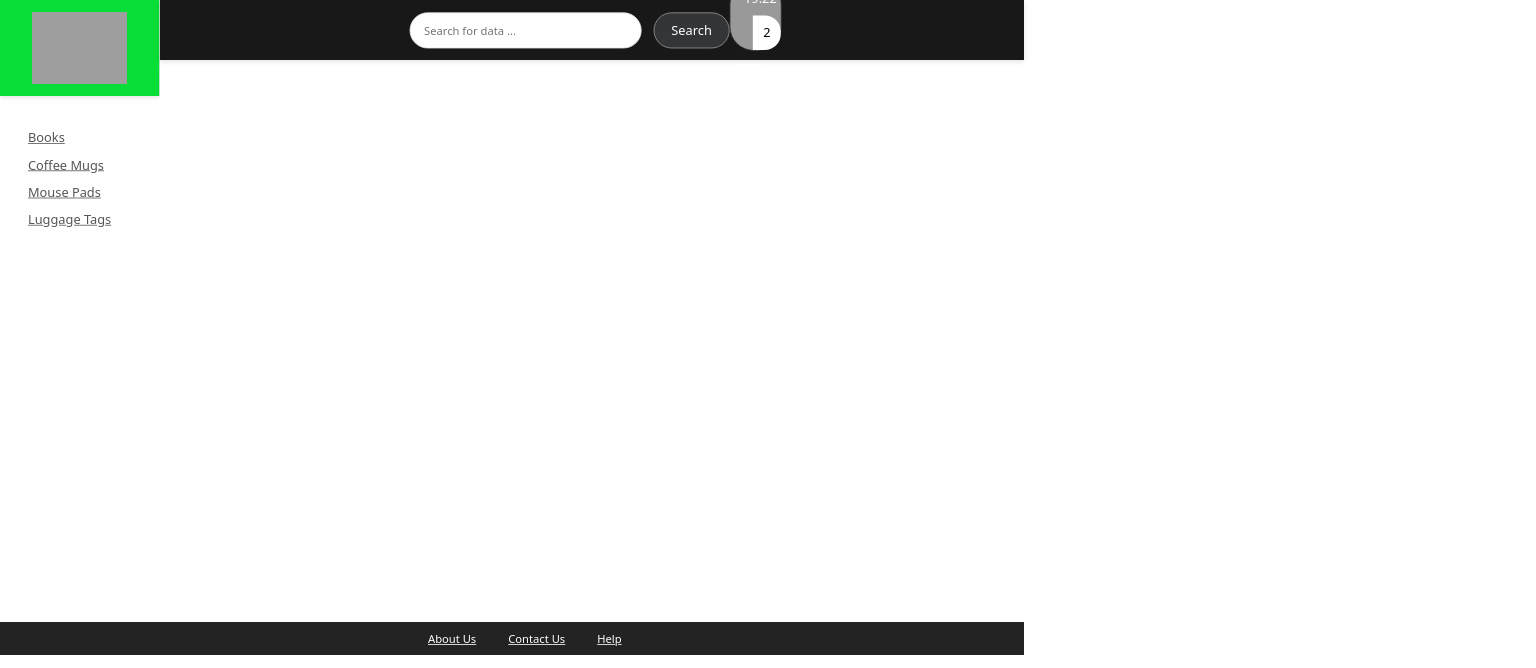
Repository: mustafa-alperen-yilmaz/e-commerce-app
Page: / (app in ecommerceangular/)
The author's editor kept a copy of each file at every save. The page is drawn from the files as they stood at one save, then again after the next save.
The browser window is 1280 px wide. The page is 1280 px wide, then 3300 px, then 1280 px, so the pictures cover 1920 px, including what lies to the right of the window. The pictures show the whole page, at 80% of full size.
Pictures or frames that could not be fetched are drawn as grey boxes. The page's requests for data from a server got no answer. The project was rebuilt for these pictures with package versions that can differ from the ones it lists, and the page was loaded fresh each time. No one was signed in, and anything a server would have sent is missing. Also part of the build but not shown: ecommerceangular/angular.json.

Above is the page before, as saved 2023-03-08 02:50:08.

### ecommerceangular/src/index.html
<!doctype html>
<html lang="en">
<head>
  <meta charset="utf-8">
  <meta name="viewport" content="width=device-width, initial-scale=1 , shrink-to-fit=no">
  <title>Ecommerce App</title>
  <base href="/">
  <link rel="icon" type="image/x-icon" href="favicon.ico">
</head>
<body>
  <app-root></app-root>
</body>
</html>

### ecommerceangular/src/styles.css
*{
  margin:0;
  padding:0;
  -webkit-box-sizing:border-box;
  -moz-box-sizing:border-box;
  box-sizing:border-box
}

body{
  font-family:Poppins,sans-serif;
  font-weight:400;
  font-size:16px;
  line-height:1.625;
  color:#666;
  -webkit-font-smoothing:antialiased;
  -moz-osx-font-smoothing:grayscale
}

ul{
  margin:0
}

button,input[type=button]{
  cursor:pointer
}

button:focus,input:focus{
  outline:0
}

input{
  border:none
}

button{
  border:none;
  background:0 0
}

img{
  max-width:100%;
  height:auto
}

p{
  margin:0
}

h1,h2,h3,h4,h5,h6{
  color:#333;
  font-weight:700;
  margin:0;
  line-height:1.2
}

h1{
  font-size:36px
}

h2{
  font-size:30px
}

h3{
  font-size:24px
}

h4{
  font-size:18px
}

h5{
  font-size:15px
}

h6{
  font-size:13px
}

a{
  display:inline-block
}

a:active,a:focus,a:hover{
  text-decoration:none;
  outline:0
}

a,a:hover{
  -webkit-transition:all .3s ease;
  -o-transition:all .3s ease;
  -moz-transition:all .3s ease;
  transition:all .3s ease
}

/*Layout Css*/
.section-content-p35{
  padding:0 35px
}

.page-wrapper{
  overflow:hidden;
  background:#e5e5e5;
  padding-bottom:8vh
}

.page-container{
  background:#f5f5f5;
  padding-left:200px
}

.main-content{
  padding-top:116px;
  min-height:100vh
}

aside.menu-sidebar.d-none.d-lg-block.clr{
  background:0 0;
  z-index:99999999;
  height:75px;
  box-shadow:-2px 0 4px #0000003b
}

/*
* ----------------------------
* Header Desktop Section
* ----------------------------
*/

.header-desktop{
  background:#181818;
  -webkit-box-shadow:0 2px 5px 0 rgba(0,0,0,.1);
  -moz-box-shadow:0 2px 5px 0 rgba(0,0,0,.1);
  box-shadow:0 2px 5px 0 rgba(0,0,0,.1);
  position:fixed;
  top:0;
  right:0;
  left:200px;
  height:75px;
  z-index:3
}

.header-desktop .section-content{
  overflow:visible;
  position:absolute;
  top:50%;
  left:0;
  right:0;
  -webkit-transform:translateY(-50%);
  -moz-transform:translateY(-50%);
  -ms-transform:translateY(-50%);
  -o-transform:translateY(-50%);
  transform:translateY(-50%)
}

.header-wrap{
  display:-webkit-box;
  display:-webkit-flex;
  display:-moz-box;
  display:-ms-flexbox;
  display:flex;
  -webkit-box-align:center;
  -webkit-align-items:center;
  -moz-box-align:center;
  -ms-flex-align:center;
  align-items:center;
  -webkit-box-pack:justify;
  -webkit-justify-content:space-between;
  -moz-box-pack:justify;
  -ms-flex-pack:justify;
  justify-content:space-between
}

.header-button{
  display:-webkit-box;
  display:-webkit-flex;
  display:-moz-box;
  display:-ms-flexbox;
  display:flex;
  -webkit-box-align:center;
  -webkit-align-items:center;
  -moz-box-align:center;
  -ms-flex-align:center;
  align-items:center
}

.number{
  padding:6px 0
}

.arrows i{
  font-size:30px;
  padding:4px 4px
}

section{
  position:relative
}

.section-content{
  position:relative;
  margin:0 auto;
  z-index:1
}

.section-content-p30{
  padding:0 300px
}

.au-input-xl{
  min-width:935px
}

input.au-input.au-input-xl{
  border-radius:40px!important;
  margin-right:15px
}

.au-input{
  line-height:43px;
  border:1px solid #e5e5e5;
  font-size:14px;
  color:#666;
  padding:0 17px;
  -webkit-border-radius:3px;
  -moz-border-radius:3px;
  border-radius:3px;
  -webkit-transition:all .5s ease;
  -o-transition:all .5s ease;
  -moz-transition:all .5s ease;
  transition:all .5s ease
}

.cart-area.d-n{
  display:block
}

.cart-area i{
  font-size:22px;
  float:left;
  margin-top:16px;
  color:#fff;
  margin-left:15px
}

.total{
  background:#999999;
  line-height:43px;
  color:#fff;
  border-radius:30px;
  border:1px solid #343536;
  float:left;
  margin-top:7px;
  padding-left:17px
}

.total span{
  display:inline-block;
  background:#fff;
  padding:0 13px;
  color:#000;
  border-top-right-radius:20px;
  border-bottom-right-radius:20px;
  margin-left:11px
}

.form-header{
  display:-webkit-box;
  display:-webkit-flex;
  display:-moz-box;
  display:-ms-flexbox;
  display:flex
}

.au-btn-submit{
  position:relative;
  right:0;
  min-width:95px;
  color:#fff;
  border:1px solid #999999;
  -webkit-border-radius:3px;
  -moz-border-radius:3px;
  border-radius:43px;
  background:#343536
}

.au-btn-submit:hover{
  background:#4a4d55
}

.au-btn-submit>i{
  font-size:20px;
  color:#fff;
  position:absolute;
  top:50%;
  left:50%;
  -webkit-transform:translate(-50%,-50%);
  -moz-transform:translate(-50%,-50%);
  -ms-transform:translate(-50%,-50%);
  -o-transform:translate(-50%,-50%);
  transform:translate(-50%,-50%)
}

/*
* ----------------------------
* Left Menu Bar
* ----------------------------
*/

.menu-sidebar{
  width:200px;
  position:fixed;
  left:0;
  top:0;
  bottom:0;
  background:#fff;
  overflow-y:auto
}

.menu-sidebar .logo{
  background:#09dd37;
  height:120px;
  padding:0 40px;
  display:-webkit-box;
  display:-webkit-flex;
  display:-moz-box;
  display:-ms-flexbox;
  display:flex;
  -webkit-box-align:center;
  -webkit-align-items:center;
  -moz-box-align:center;
  -ms-flex-align:center;
  align-items:center;
  -webkit-box-shadow:0 2px 5px 0 rgba(0,0,0,.1);
  -moz-box-shadow:0 2px 5px 0 rgba(0,0,0,.1);
  box-shadow:0 2px 5px 0 rgba(0,0,0,.1);
  border-right:1px solid #e5e5e5;
  position:relative;
  z-index:3
}

.menu-sidebar .navbar-list .navbar-sub-list{
  display:none;
  padding-left:34px
}

.menu-sidebar .navbar-list .navbar-sub-list li a{
  padding:11.5px 0
}

.menu-sidebar-content{
  position:relative;
  height:-webkit-calc(100vh - 75px);
  height:-moz-calc(100vh - 75px);
  height:calc(100vh - 75px)
}

.navbar-sidebar{
  padding:35px;
  padding-bottom:0
}

.navbar-sidebar .navbar-list li a{
  display:block;
  color:#555;
  font-size:16px;
  padding:5px 0
}

.navbar-sidebar .navbar-list li a i{
  margin-right:19px
}

.navbar-sidebar .navbar-list li a:hover{
  color:#0da8e4
}

/*
* ----------------------------
* Header Mobile Section
* ----------------------------
*/

.header-mobile{
  position:absolute;
  top:0;
  left:0;
  right:0
}
.header-mobile .header-mobile-bar{
  padding:15px 0;    background: #fff;
}
.header-mobile .header-mobile-inner{
  display:-webkit-box;
  display:-webkit-flex;
  display:-moz-box;
  display:-ms-flexbox;
  display:flex;
  -webkit-box-align:center;
  -webkit-align-items:center;
  -moz-box-align:center;
  -ms-flex-align:center;
  align-items:center;
  -webkit-box-pack:justify;
  -webkit-justify-content:space-between;
  -moz-box-pack:justify;
  -ms-flex-pack:justify;
  justify-content:space-between
}
.header-mobile .hamburger{
  width:36px;
  height:36px;
  padding:0;
  line-height:1;
  vertical-align:top;
  background:#fff;
  display:-webkit-box;
  display:-webkit-flex;
  display:-moz-box;
  display:-ms-flexbox;
  display:flex;
  -webkit-box-pack:center;
  -webkit-justify-content:center;
  -moz-box-pack:center;
  -ms-flex-pack:center;
  justify-content:center;
  -webkit-box-align:center;
  -webkit-align-items:center;
  -moz-box-align:center;
  -ms-flex-align:center;
  align-items:center
}
.header-mobile .hamburger .hamburger-box{
  width:20px;
  height:15px
}
.header-mobile .hamburger .hamburger-box .hamburger-inner{
  width:20px;
  height:2px;
  -webkit-border-radius:0;
  -moz-border-radius:0;
  border-radius:0
}
.header-mobile .hamburger .hamburger-box .hamburger-inner:before{
  width:20px;
  height:2px;
  top:6px
}
.header-mobile .hamburger .hamburger-box .hamburger-inner:after{
  top:12px;
  width:20px;
  height:2px
}
.header-mobile .navbar-mobile{
  display:none;
  position:absolute;
  width:100%;
  top:88px;
  z-index:20
}
.header-mobile .navbar-mobile .navbar-mobile-list{
  background:#f8f8f8
}
.header-mobile .navbar-mobile .navbar-mobile-list>li>a{
  padding-left:15px!important
}
.header-mobile .navbar-mobile .navbar-mobile-list li a{
  color:#555;
  display:block;
  padding:10px 15px;
  padding-right:25px;
  padding-left:0;
  border-bottom:1px solid #e6e6e6;
  text-transform:capitalize;
  line-height:inherit
}
.header-mobile .navbar-mobile .navbar-mobile-list li a:hover{
  color:#0da8e4
}
.header-mobile .navbar-mobile .navbar-mobile-list li a>i{
  margin-right:19px
}
.navbar-mobile-sub-list{
  display:none;
  padding-left:30px;
  background:#fff
}
.header-mobile .navbar-mobile .navbar-mobile-sub-list li a{
  padding-left:15px
}
.header-mobile-2{
  background:#393939;
  position:static
}
.header-mobile-2.header-mobile .navbar-mobile{
  top:82px
}
.header-mobile-2.header-mobile .hamburger{
  background:0 0
}
.header-mobile-2.header-mobile .hamburger .hamburger-box .hamburger-inner{
  background:#fff
}
.header-mobile-2.header-mobile .hamburger .hamburger-box .hamburger-inner::before{
  background:#fff
}
.header-mobile-2.header-mobile .hamburger .hamburger-box .hamburger-inner::after{
  background:#fff
}
.main-content.page-m{
  padding:10% 15%!important
}

/*
* ----------------------------
* Products List
* ----------------------------
*/

.product-box img {
  width: 150px;
}

.items select {
  width: 100px;
  height: 40px;
  border-radius: 40px;
  padding-left: 15px;
  margin-bottom: 10px;
  outline: 0;
  margin-left: 5px;
}
.product-box{
  margin-bottom:60px
}
.price{
  margin:15px 0 0;
  font-weight:800;
  color:#0da8e4;
}
.product-box h1{
  font-size:18px;
  border-bottom:1px solid #ccc;
  padding-bottom:5px;
  font-weight:600;
  padding-top:12px;
  margin-bottom:7px
}
.product-box h2{
  font-size:15px;
  padding-bottom:0;
  font-weight:500;
  color:#585858
}

/*
* ----------------------------
* Shopping Cart Checkout
* ----------------------------
*/

.form-area{
  background:#e5e5e5;
  position:relative;
  margin-bottom:45px;
  padding:50px 20px;
  border:3px solid #ccc
}
.form-area h3{
  position:absolute;
  top:-26px;
  left:13px;
  background:#e5e5e5;
  padding:10px 20px;
  font-weight:500;
  z-index:23;
  display:inline-block
}
.input-space{
  margin-bottom:20px
}
.input-space label{
  padding-left:31px;
  font-size:14px;
  margin-bottom:50px
}
.input-space input[type=text]{
  width:100%;
  height:40px;
  border-radius:30px;
  outline:0;
  padding:10px;
  border:1px solid #ccc
}
.input-space select{
  width:100%;
  height:40px;
  border-radius:30px;
  outline:0;
  padding:0 10px;
  border:1px solid #ccc
}
.au-checkbox{
  display:block;
  position:relative;
  cursor:pointer;
  font-size:22px;
  -webkit-user-select:none;
  -moz-user-select:none;
  -ms-user-select:none;
  user-select:none
}
.au-checkbox input{
  position:absolute;
  opacity:0;
  cursor:pointer
}
.au-checkmark{
  position:absolute;
  top:0;
  left:0;
  height:22px;
  width:22px;
  background-color:#fff!important;
  border:2px solid #e5e5e5;
  -webkit-border-radius:2px;
  -moz-border-radius:2px;
  border-radius:2px
}
.au-checkbox:hover input~.au-checkmark{
  background-color:transparent
}
.au-checkbox input:checked~.au-checkmark{
  background-color:#fff
}
.au-checkmark:after{
  content:"";
  position:absolute;
  display:none
}
.au-checkbox input:checked~.au-checkmark:after{
  display:block
}
label.date{
  padding-top:8px
}
.au-checkbox .au-checkmark:after{
  left:5px;
  top:-1px;
  width:9px;
  height:15px;
  border:solid #0da8e4;
  border-width:0 4px 4px 0;
  -webkit-border-radius:2px;
  -moz-border-radius:2px;
  border-radius:2px;
  -webkit-transform:rotate(45deg);
  -moz-transform:rotate(45deg);
  -ms-transform:rotate(45deg);
  -o-transform:rotate(45deg);
  transform:rotate(45deg)
}
option:first{
  color:#ccc
}
select{
  color:#828482
}

/*
* ----------------------------
* Shopping Cart Details
* ----------------------------
*/

.table{
  margin:0
}
table.table.table-bordered{
  border:1px solid #ccc;
  background:#fff
}
.table-bordered td,.table-bordered th{
  border:1px solid #dee2e6
}
table.table.table-bordered th{
  BACKGROUND:#0da8e4;
  color:#fff;
  font-size:14px;
  padding:7px
}
.table-responsive{
  padding-right:1px
}
.items select{
  width:100px;
  height:40px;
  border-radius:40px;
  padding-left:15px;
  margin-bottom:10px;
  outline:0;
  margin-left:5px
}

/*
* ----------------------------
* Product Details
* ----------------------------
*/

.price{
  margin:15px 0 0;
  font-weight:800;
  color:#000000
}
.detail-section{
  margin-top:60px
}
/**/

/*
* ----------------------------
* Buttons
* ----------------------------
*/

.btn-info{
  color:#fff;
  background-color:#0da8e4!important;
  border-color:#0da8e4!important
}
a.primary-btn{
  background:#100029;
  padding:7px 20px;
  text-align:center;
  display:inline-block;
  color:#fff;
  border-radius:2px;
  font-size:14px;
  margin-top:5px
}
a.primary-btn:hover{
  background:#999999;
  color:#fff
}

.active-link {
font-weight: bold;
}

/*
* ----------------------------
* Footer section
* ----------------------------
*/

footer ul li a{
  color:#fff
}
footer{
  background:#232324;
  z-index:1;
  position:relative;
  text-align:center;
  padding:0px 300px 0px 300px;
}
footer li a{
  color:#313131;
  font-weight:500
}
footer ul li{
  display:inline-block;
  font-size:14px;
  padding:10px 20px
}

/*
* ----------------------------
* Media Queries
* ----------------------------
*/

@media (max-width:1600px){
  .au-input-xl{
      min-width:290px
  }
}
@media (max-width:1315px) and (min-width:992px){
  .header-desktop3 .section-content{
      padding:0 15px
  }
}
@media (max-width:1570px) and (min-width:992px){
  .header-navbar ul li a{
      padding:25px 15px
  }
}
@media (max-width:1315px) and (min-width:992px){
  .header-navbar ul li a{
      font-size:13px;
      padding:27px 15px
  }
  .header-navbar ul li a i{
      margin-right:5px
  }
}

@media (min-width:1200px){
  .container{
      max-width:1320px
  }
}

@media (min-width:992px) and (max-width:1199px){
  .cart-area i{
      font-size:22px;
      float:left;
      margin-top:16px;
      color:#f5f5f5;
      margin-left:15px
  }
  .header-mobile .header-mobile-bar{
      padding:10px 0;
      background:#fff
  }
  .header-wrap .account-item>.content{
      display:none
  }
}


@media (max-width:991px){
   .section-content-p30{
      padding:0
  }
  .page-container{
      position:relative;
      top:88px;
      padding-left:0
  }
   .page-wrapper{
      background:#e5e5e5;
      padding-bottom:12vh
  }
   .main-content{
      padding-top:50px;
      padding-bottom:100px
  }
   .cart-area.d-n{
      display:none
  }
  .form-header{
      -webkit-box-pack:center;
      -webkit-justify-content:center;
      -moz-box-pack:center;
      -ms-flex-pack:center;
      justify-content:center
  }
   .au-input-xl{
      min-width:350px
  }
    .logo{
      text-align:center
  }
  .header-desktop{
      position:relative;
      top:0;
      left:0;
      height:80px
  }
  .header-wrap{
      -webkit-box-orient:vertical;
      -webkit-box-direction:normal;
      -webkit-flex-direction:column;
      -moz-box-orient:vertical;
      -moz-box-direction:normal;
      -ms-flex-direction:column;
      flex-direction:column
  }
  .header-button{
      margin-top:30px;
      width:100%;
      -webkit-box-pack:justify;
      -webkit-justify-content:space-between;
      -moz-box-pack:justify;
      -ms-flex-pack:justify;
      justify-content:space-between
  }
  .menu-sidebar2{
      top:0;
      right:-300px;
      left:auto;
      -webkit-box-shadow:0 5px 10px 0 rgba(0,0,0,.1);
      -moz-box-shadow:0 5px 10px 0 rgba(0,0,0,.1);
      box-shadow:0 5px 10px 0 rgba(0,0,0,.1)
  }
   .header-desktop2{
      left:0;
      position:relative
  }
   .header-desktop4{
      position:static
  }
   .section-content.section-content-p30.e-spc{
      padding-top:100px
  }
  header.header-desktop.extra{
      top:93px!important
  }
  .cart-area i{
      font-size:22px;
      float:left;
      margin-top:16px;
      color:#205b8d;
      margin-left:15px
  }
      .header-wrap2{
      -webkit-box-pack:justify;
      -webkit-justify-content:space-between;
      -moz-box-pack:justify;
      -ms-flex-pack:justify;
      justify-content:space-between
  }
}


@media (max-width:767px){
    .au-input-xl{
      min-width:150px
  }
  .header-button-item{
      font-size:22px;
      margin-right:15px
  }
      .main-content.page-m{
      padding:10% 0!important
  }
  .header-mobile .navbar-mobile{
      display:none;
      position:absolute;
      width:100%;
      top:66px;
      z-index:20
  }
  .section-content.section-content-p30.e-spc{
      padding-top:100px
  }
  header.header-desktop.extra{
      top:64px!important
  }
  .header-desktop{
      position:relative;
      top:0;
      left:0;
      height:80px
  }
  a.logo img{
      width:110px
  }

  .cart-area i{
      font-size:22px;
      float:left;
      margin-top:16px;
      color:#205b8d;
      margin-left:15px
  }
  .footer-pagination{
      text-align:center
  }
  .product-box{
      text-align:centerg
  }
  .page-container{
      position:relative;
      top:66px;
      padding-left:0
  }
  .au-btn-submit{
      position:relative;
      right:10px;
      min-width:85px;
      color:#fff;
      border:1px solid #205b8d;
      -webkit-border-radius:3px;
      -moz-border-radius:3px;
      border-radius:0;
      background:#205b8d
  }
  input.au-input.au-input-xl{
      border-radius:0!important;
      margin-right:0
  }
  .cart-area.d-b{
      display:block
  }
  .cart-area.d-n{
      display:none
  }
  .cart-area i{
      font-size:18px;
      float:left;
      margin-top:16px;
      color:#03a9f4;
      margin-left:15px
  }
  .total span{
      display:inline-block;
      background:#fff;
      padding:0 10px;
      color:#000;
      border-top-right-radius:20px;
      border-bottom-right-radius:20px;
      margin-left:6px
  }
  .total{
      background:#343536;
      line-height:30px;
      color:#fff;
      border-radius:30px;
      border:1px solid #999999;
      float:left;
      margin-top:9px;
      padding-left:12px
  }
  .header-mobile .header-mobile-bar{
      padding:6px 0;
      background:#fff;
      border:0;
      padding:8px 0
  }
}

### ecommerceangular/src/app/app.module.ts
import { NgModule } from '@angular/core';
import { BrowserModule } from '@angular/platform-browser';

import { AppComponent } from './app.component';
import { ProductListComponent } from './components/product-list/product-list.component';
import {HttpClientModule} from '@angular/common/http';
import { ProductService } from './services/product.service';

@NgModule({
  declarations: [
    AppComponent,
    ProductListComponent
  ],
  imports: [
    BrowserModule,
    HttpClientModule
  ],
  providers: [ProductService],
  bootstrap: [AppComponent]
})
export class AppModule { }

### ecommerceangular/src/app/app.component.ts
import { Component } from '@angular/core';

@Component({
  selector: 'app-root',
  templateUrl: './app.component.html',
  styleUrls: ['./app.component.css']
})
export class AppComponent {
  title = 'ecommerceangular';
}

### ecommerceangular/src/app/components/product-list/product-list.component.html
<p *ngFor="let tempProduct of products"> <!-- In Angular we use *ngFor to show our existing list in our HTML page. -->
  {{ tempProduct.name }} : {{tempProduct.unitPrice | currency : 'EUR'}}
</p>

Loaded but not shown: ecommerceangular/src/main.ts (common file); ecommerceangular/src/app/app.component.html (61 lines, source omitted); ecommerceangular/src/app/components/product-list/product-list-table.component.html (22 lines, source omitted); ecommerceangular/src/app/components/product-list/product-list.component.ts (25 lines, source omitted); ecommerceangular/src/app/services/product.service.ts (23 lines, source omitted); ecommerceangular/src/app/components/product-list/product-list-grid.component.html (18 lines, source omitted); ecommerceangular/src/app/app.component.css (no stored copy; drawn as an empty file); ecommerceangular/src/app/components/product-list/product-list.component.css (no stored copy; drawn as an empty file)

After the next save:
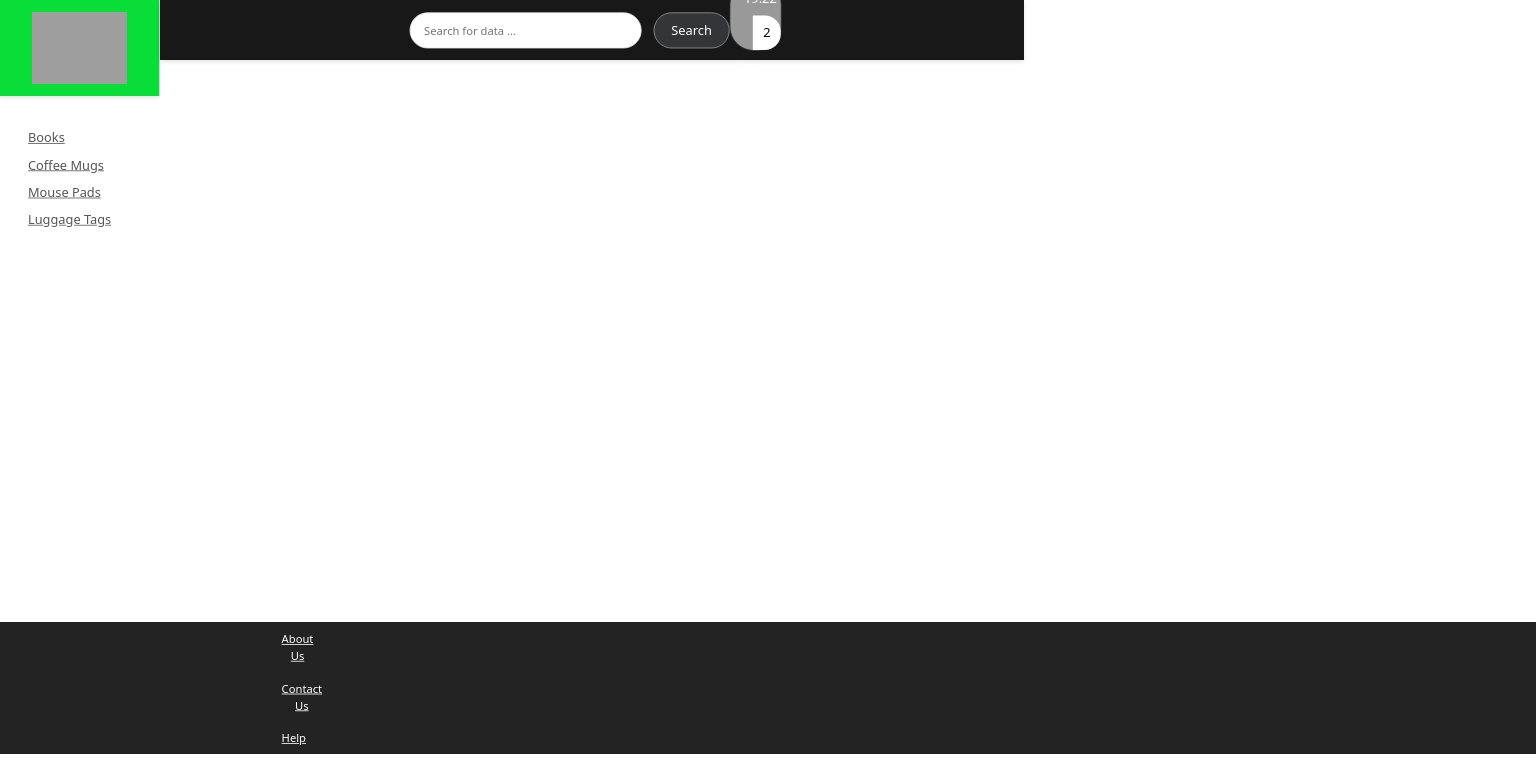
Saved 6 s later.
--- a/ecommerceangular/src/styles.css
+++ b/ecommerceangular/src/styles.css
@@ -762,7 +762,7 @@
   z-index:1;
   position:relative;
   text-align:center;
-  padding:0px 300px 0px 300px;
+  padding:0px 3000px 0px 300px;
 }
 footer li a{
   color:#313131;

After the save that followed:
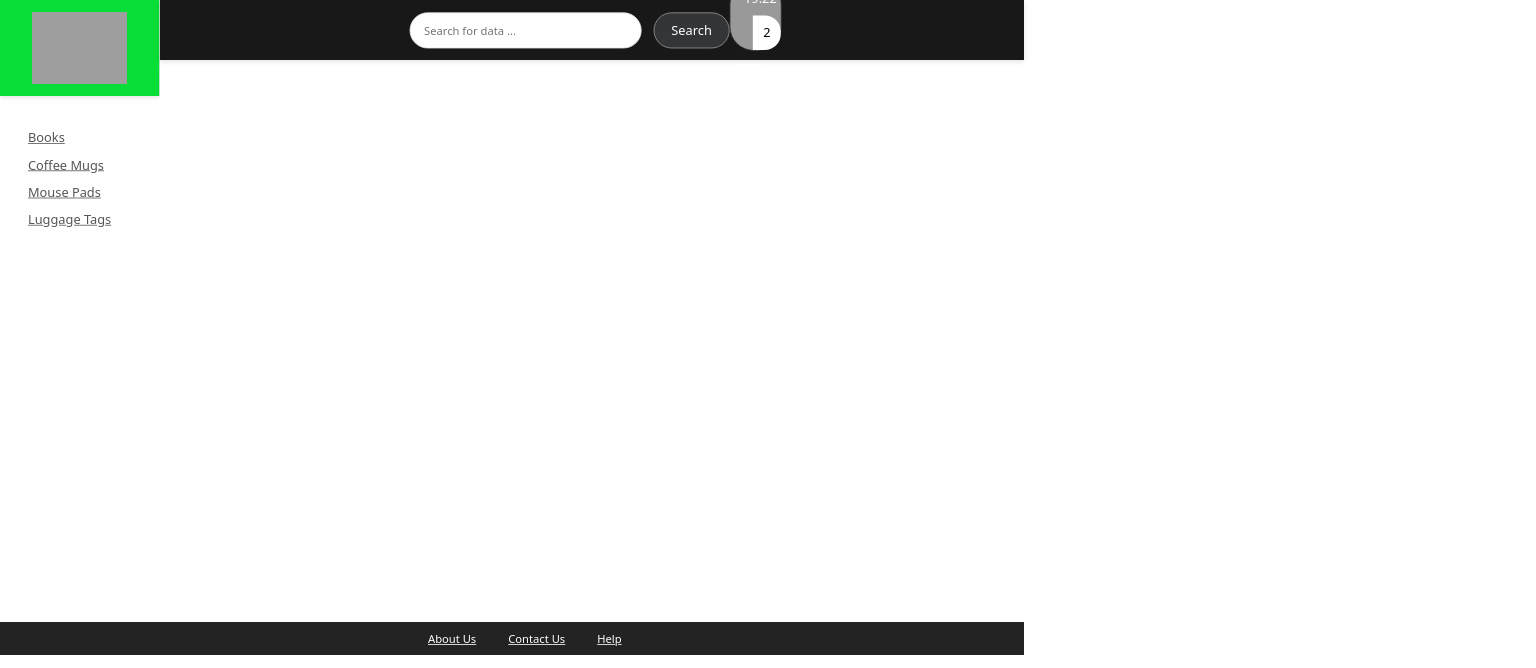
Saved 5 s later.
--- a/ecommerceangular/src/styles.css
+++ b/ecommerceangular/src/styles.css
@@ -762,7 +762,7 @@
   z-index:1;
   position:relative;
   text-align:center;
-  padding:0px 3000px 0px 300px;
+  padding:0px 300px 0px 300px;
 }
 footer li a{
   color:#313131;
